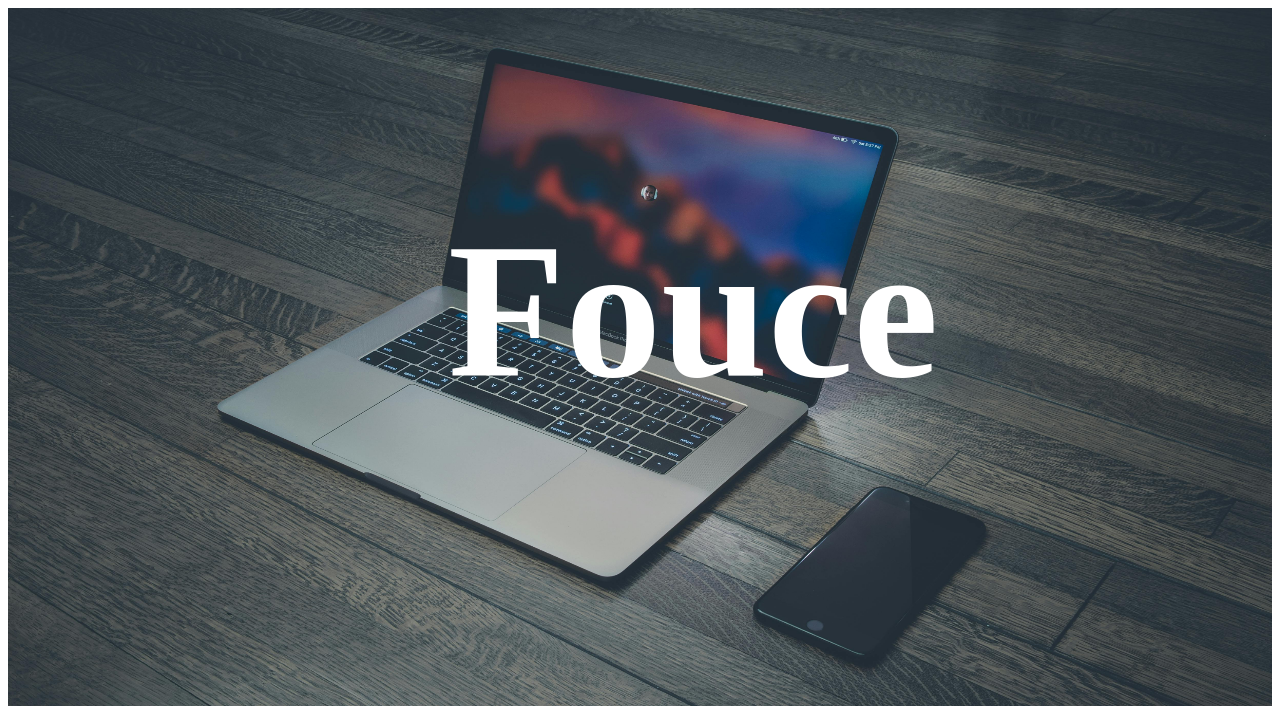
Repository: MrHadSheanas/Image_Fouce
Page: index.html
The author's editor kept a copy of each file at every save. The page is drawn from the files as they stood at one save, then again after a run of saves.
The browser window is 1280 px wide. The pictures show the whole page.

Above is the page before, as saved 2025-09-06 06:53:47.

### index.html
<!DOCTYPE html>
<html lang="en">
<head>
   <meta charset="UTF-8">
   <meta name="viewport" content="width=device-width, initial-scale=1.0">
   <title>Document</title>
   <link rel="stylesheet" href="style.css">
</head>
<body>

 <img src="pexels-veeterzy-303383.jpg" alt="">
  <h1>Fouce</h1>


</body>
</html>

### style.css
img{
   position: relative;
   width: 100%;
   height:97vh;
   display: flex;


}
h1{
   position: absolute;
   top:10vh;
   left:35%;
   font-size: 12em;
   font-weight: 800;
   color: white;
   transition: all 2s;


}

After the next 12 saves:
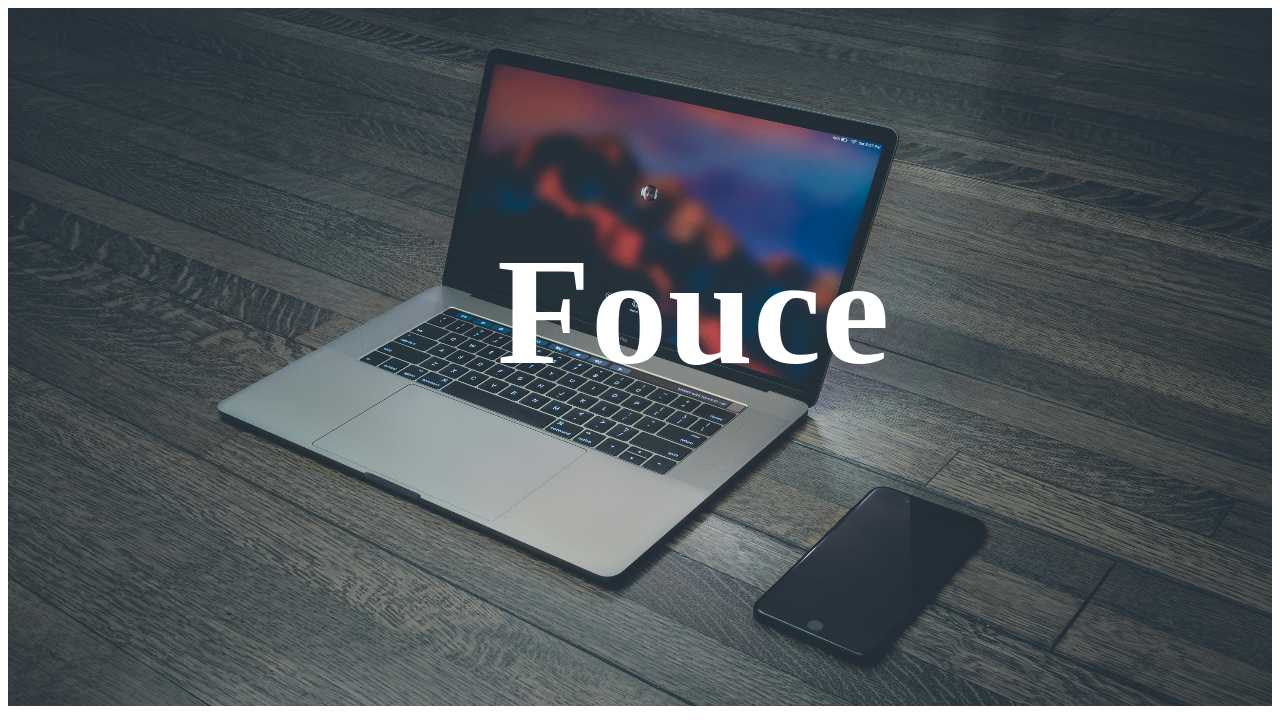
The 12 saves are shown as one change because they came seconds apart.
The last was saved 29 s later.
--- a/style.css
+++ b/style.css
@@ -14,6 +14,6 @@
    font-weight: 800;
    color: white;
    transition: all 2s;
-
+   transform: scale(0.8);
 
 }
